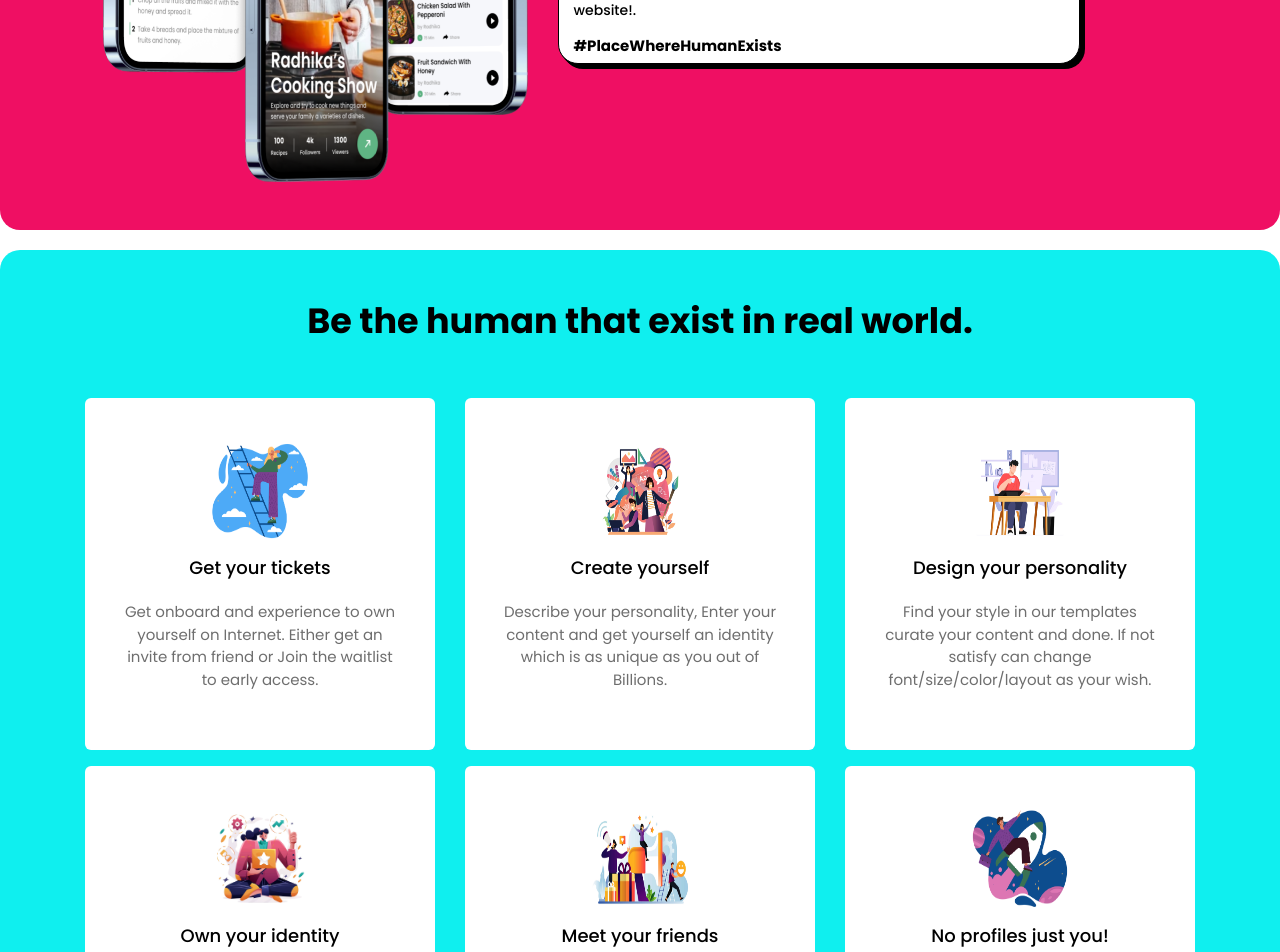
Repository: itsmesikandar/swavy.in.github.io
Page: index.html
The author's editor kept a copy of each file at every save. The page is drawn from the files as they stood at one save, then again after the next save.
The browser window is 1280 px wide. The pictures show the part of the page from y = 3368 to 4320 px (the page is 4996 px tall before and 4998 px after).

Above is the page before, as saved 2023-02-23 01:03:47.
Console error: TypeError: Cannot read properties of undefined (reading 'fn')

After the next save:
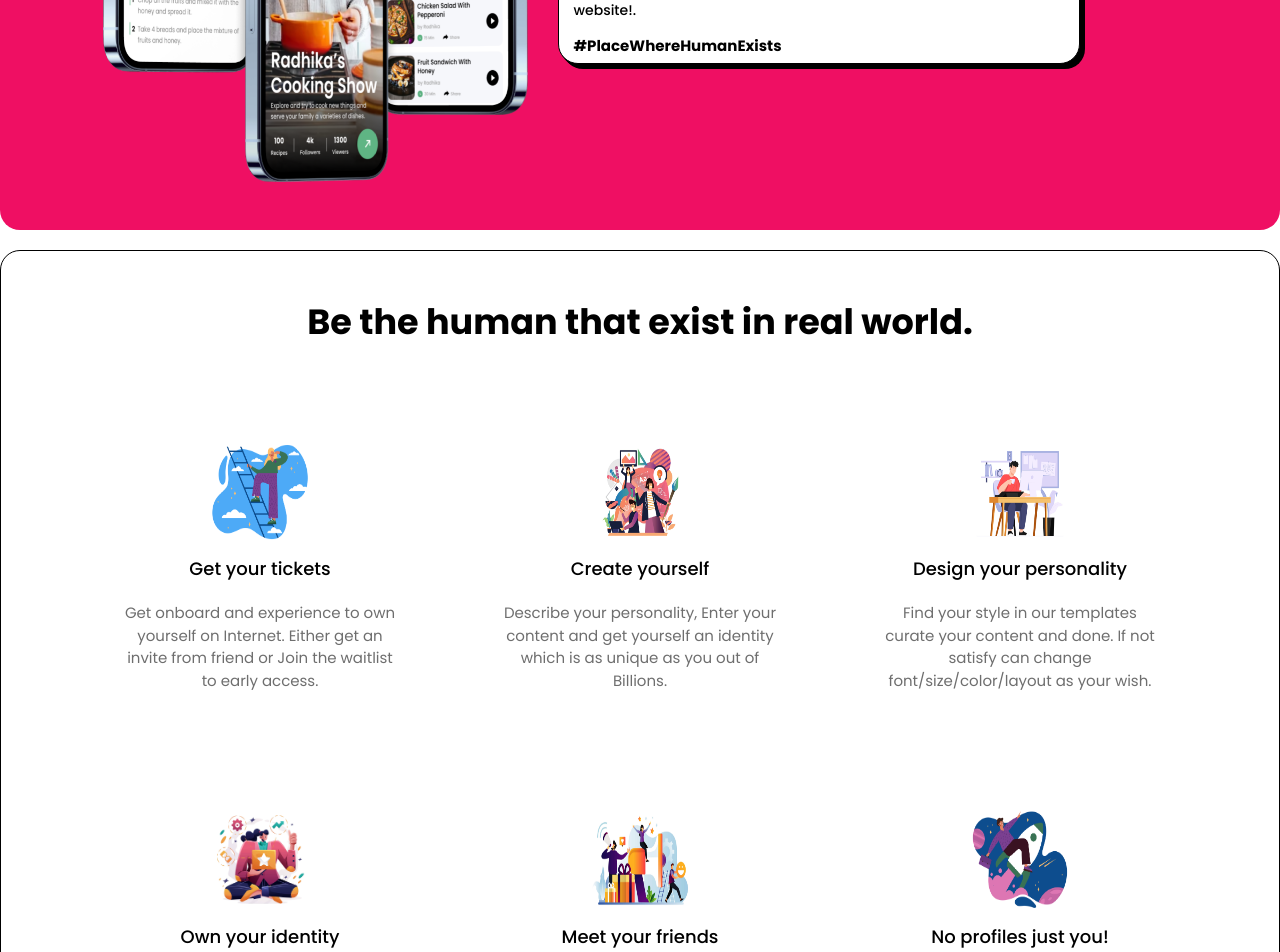
Saved 25 s later.
--- a/index.html
+++ b/index.html
@@ -202,7 +202,7 @@
           </section>
 
 
-      <section class="case-studies bg_color_fifth" id="case-studies-section">
+      <section class="case-studies bg_color_fifth font-wt-wb" id="case-studies-section">
         <div class="container">
           <div class="row ">
             <div class="col-12 text-center pb-5">

After the save that followed:
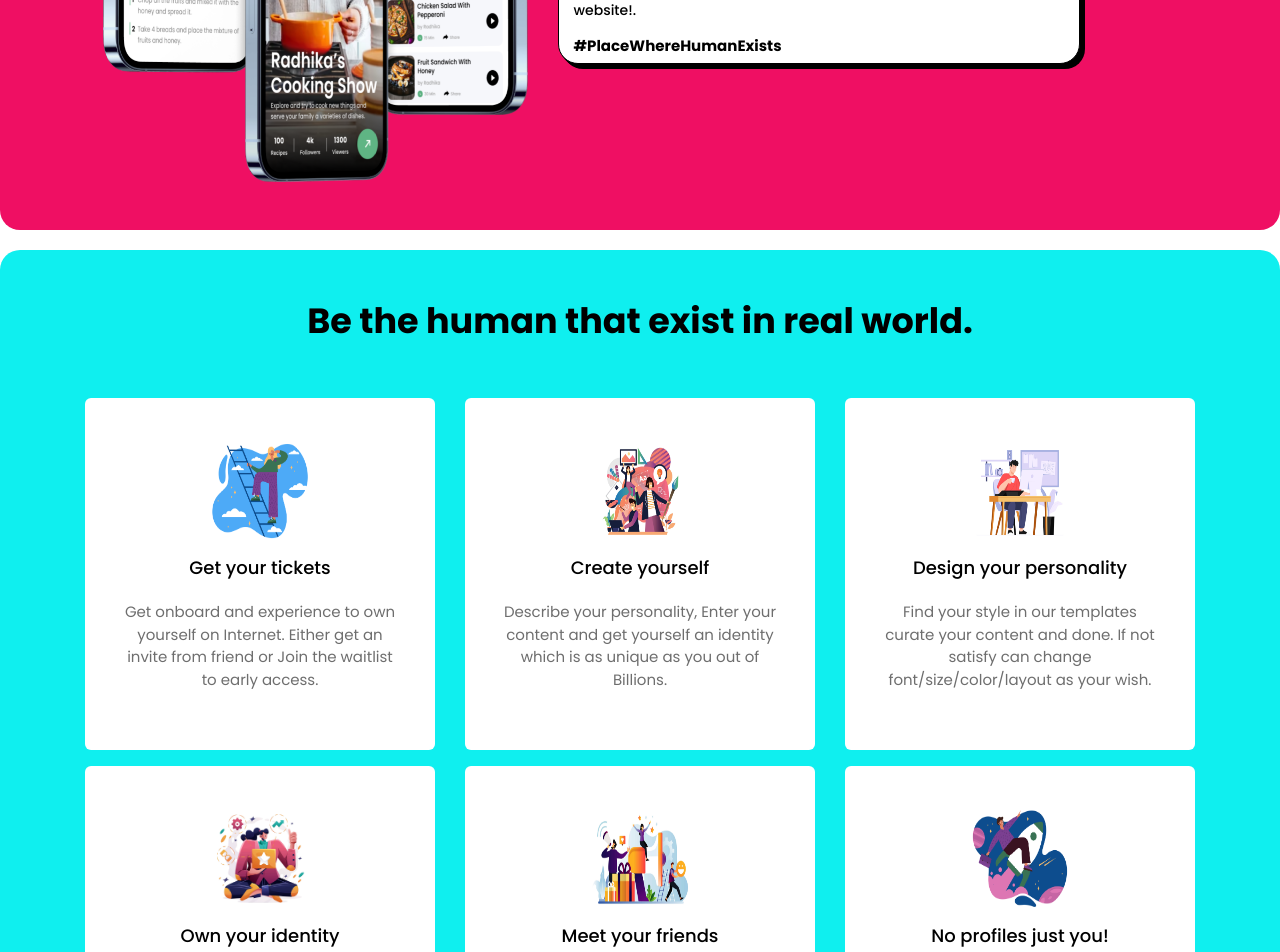
Saved 42 s later.
--- a/index.html
+++ b/index.html
@@ -202,7 +202,7 @@
           </section>
 
 
-      <section class="case-studies bg_color_fifth font-wt-wb" id="case-studies-section">
+      <section class="case-studies bg_color_fifth " id="case-studies-section">
         <div class="container">
           <div class="row ">
             <div class="col-12 text-center pb-5">
